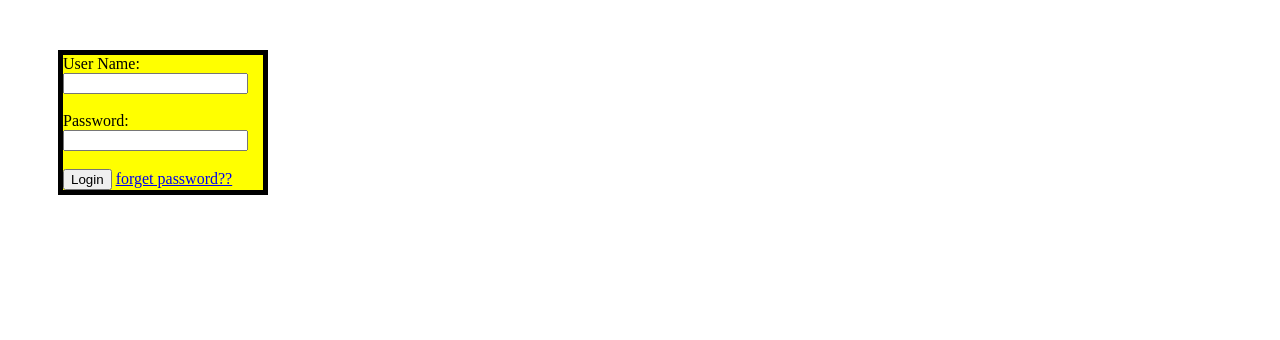
Repository: AmritOjha01/sms
Page: http://localhost/StudentManagementSystem/UserController?action=listUser
An editor plug-in stored every save of this project. The page is shown before and after the next save, followed by the edit.
The browser window is 1280 px wide. The pictures show the whole page.
The page is served by Tomcat 9. Other server files are loaded and not shown.

Above is the page before, as saved 2017-03-27 11:15:20.

### StudentManagementSystem/WebContent/login.jsp
<%@ page language="java" contentType="text/html; charset=ISO-8859-1"
	pageEncoding="ISO-8859-1"%>
<!DOCTYPE html PUBLIC "-//W3C//DTD HTML 4.01 Transitional//EN" "http://www.w3.org/TR/html4/loose.dtd">
<html>
<head>
<meta http-equiv="Content-Type" content="text/html; charset=ISO-8859-1">
<title>Insert title here</title>
<style type="text/css">
#f {
	background-color: yellow;
	width: 200px;
	border-width: 5px;
	border-style: solid;
	margin: 50px
}
</style>
</head>
<body>
	<form action="LoginController" method="post" id="f">
		User Name: <input type="text" name="uName"><br> <br>
		Password: <input type="password" name="pass"><br> <br>
		<input type="submit" value="Login"> <a
			href="LoginController?action=getpassword">forget password??</a>
	</form>
</body>
</html>

### StudentManagementSystem/src/com/krishna/sis/controller/UserController.java
package com.krishna.sis.controller;

import java.io.IOException;
import java.text.ParseException;
import java.text.SimpleDateFormat;
import java.util.Date;

import javax.servlet.RequestDispatcher;
import javax.servlet.ServletException;
import javax.servlet.annotation.WebServlet;
import javax.servlet.http.HttpServlet;
import javax.servlet.http.HttpServletRequest;
import javax.servlet.http.HttpServletResponse;
import javax.servlet.http.HttpSession;

import com.krishna.sis.dto.UserDTO;
import com.krishna.sis.service.UserService;
import com.krishna.sis.service.UserServiceImpl;
import com.krishna.sis.util.EmailUtility;

@WebServlet("/UserController")
public class UserController extends HttpServlet {
	private static final long serialVersionUID = 1L;
	private static String INSERT_OR_EDIT = "/userCreate.jsp";
	private static String LIST_USER = "/userList.jsp";
	private static String LOGIN = "/login.jsp";
	private static String PREVIOUS_PWD = "/previousUserPassword.jsp";

	private UserService userService;

	public UserController() {
		super();
		userService = new UserServiceImpl();
	}

	protected void doGet(HttpServletRequest request, HttpServletResponse response)
			throws ServletException, IOException {
		String forward = "";
		String name = "";
		HttpSession session = request.getSession(false);
		if (session != null)
			name = (String) session.getAttribute("uname");
		else
			name = null;
		if (name != null) {
			String action = request.getParameter("action");

			if (action.equalsIgnoreCase("delete")) {
				int userId = Integer.parseInt(request.getParameter("userid"));
				userService.deleteUser(userId);
				forward = LIST_USER;
				request.setAttribute("users", userService.getAllUsers());
			} else if (action.equalsIgnoreCase("edit")) {
				forward = INSERT_OR_EDIT;
				int userId = Integer.parseInt(request.getParameter("userid"));
				UserDTO user = userService.getUserById(userId);
				request.setAttribute("user", user);
			} else if (action.equalsIgnoreCase("listUser")) {
				forward = LIST_USER;
				request.setAttribute("users", userService.getAllUsers());
			} else if (action.equalsIgnoreCase("insert")) {
				forward = INSERT_OR_EDIT;
			} else {
				forward = PREVIOUS_PWD;

			}
		} else {
			forward = LOGIN;
		}
		RequestDispatcher view = request.getRequestDispatcher(forward);
		view.forward(request, response);
	}

	protected void doPost(HttpServletRequest request, HttpServletResponse response)
			throws ServletException, IOException {
		UserDTO userDTO = new UserDTO();
		userDTO.setFirstName(request.getParameter("firstName"));
		userDTO.setLastName(request.getParameter("lastName"));
		userDTO.setUsername(request.getParameter("username"));
		userDTO.setPassword(request.getParameter("password"));
		String dateOfBirth = request.getParameter("dob");
		try {
			Date dob = new SimpleDateFormat("yyyy-MM-dd").parse(dateOfBirth);
			userDTO.setDob(dob);
		} catch (ParseException e) {
			e.printStackTrace();
		}
		userDTO.setEmail(request.getParameter("email"));
		String userid = request.getParameter("userid");
		if (userid == null || userid.isEmpty()) {
			userService.saveUser(userDTO);
			EmailUtility.sendEmail(userDTO.getPassword());
		} else {
			userDTO.setUserId(Integer.parseInt(userid));
			userService.updateUser(userDTO);
		}

		RequestDispatcher view = request.getRequestDispatcher(LIST_USER);
		request.setAttribute("users", userService.getAllUsers());
		view.forward(request, response);
	}
}

### StudentManagementSystem/src/com/krishna/sis/service/UserServiceImpl.java
package com.krishna.sis.service;

import java.util.List;

import com.krishna.sis.dao.UserDao;
import com.krishna.sis.dao.UserDaoImpl;
import com.krishna.sis.dto.UserDTO;

public class UserServiceImpl implements UserService {

	UserDao userDao = new UserDaoImpl();

	@Override
	public boolean saveUser(UserDTO userDTO) {
		return userDao.saveUser(userDTO);
	}

	@Override
	public boolean updateUser(UserDTO userDTO) {
		return userDao.updateUser(userDTO);
	}

	@Override
	public List<UserDTO> getAllUsers() {
		return userDao.getAllUsers();
	}

	@Override
	public UserDTO getUserById(int userId) {
		return userDao.getUserById(userId);
	}

	@Override
	public void deleteUser(int userId) {
		userDao.deleteUser(userId);

	}

	@Override
	public UserDTO getUserByUserNameAndPassword(String username, String password) {
		return userDao.getUserByUserNameAndPassword(username, password);
	}

	@Override
	public UserDTO getPasswordByEmail(String email) {

		return userDao.getPasswordByEmail(email);
	}

	@Override
	public UserDTO getPasswordByPassword(String pwd) {

		return userDao.getPasswordByPassword(pwd);
	}

}

### StudentManagementSystem/src/com/krishna/sis/dao/UserDao.java
package com.krishna.sis.dao;

import java.util.List;

import com.krishna.sis.dto.UserDTO;

public interface UserDao {
	public boolean saveUser(UserDTO userDTO);

	public boolean updateUser(UserDTO userDTO);

	public List<UserDTO> getAllUsers();

	public UserDTO getUserById(int userId);

	public void deleteUser(int userId);

	public UserDTO getUserByUserNameAndPassword(String username, String password);

	public UserDTO getPasswordByEmail(String email);

	public UserDTO getPasswordByPassword(String pwd);
}

### StudentManagementSystem/src/com/krishna/sis/dao/UserDaoImpl.java
package com.krishna.sis.dao;

import java.sql.PreparedStatement;
import java.sql.ResultSet;
import java.util.ArrayList;
import java.util.List;

import com.krishna.sis.dto.UserDTO;
import com.krishna.sis.util.DbUtil;
import com.krishna.sis.util.QueryUtil;

public class UserDaoImpl implements UserDao {
	public boolean saveUser(UserDTO userDTO) {
		PreparedStatement ps = null;
		int savedUser = 0;
		try {
			ps = DbUtil.getConnection().prepareStatement(QueryUtil.CREATE_USER);
			// ps.setNull(1, java.sql.Types.INTEGER);
			ps.setString(1, userDTO.getFirstName());
			ps.setString(2, userDTO.getLastName());
			ps.setString(3, userDTO.getEmail());
			ps.setDate(4, new java.sql.Date(userDTO.getDob().getTime()));
			ps.setString(5, userDTO.getUsername());
			ps.setString(6, userDTO.getPassword());
			savedUser = ps.executeUpdate();

		} catch (Exception ex) {
			ex.printStackTrace();
		} finally {
			DbUtil.closeAll(ps);
		}
		if (savedUser >= 1) {
			return true;
		}
		return false;
	}

	public boolean updateUser(UserDTO userDTO) {
		PreparedStatement ps = null;
		int uUpdated = 0;
		try {
			ps = DbUtil.getConnection().prepareStatement(QueryUtil.UPDATE_USER);
			ps.setString(1, userDTO.getFirstName());
			ps.setString(2, userDTO.getLastName());
			ps.setString(3, userDTO.getEmail());
			ps.setDate(4, new java.sql.Date(userDTO.getDob().getTime()));
			ps.setString(5, userDTO.getPassword());
			ps.setInt(6, userDTO.getUserId());
			uUpdated = ps.executeUpdate();
		} catch (Exception ex) {
			ex.printStackTrace();
		} finally {
			DbUtil.closeAll(ps);
		}
		if (uUpdated >= 1) {
			return true;
		}
		return false;
	}

	public List<UserDTO> getAllUsers() {
		List<UserDTO> users = new ArrayList<UserDTO>();
		PreparedStatement ps = null;
		try {
			ps = DbUtil.getConnection().prepareStatement(QueryUtil.GET_ALL_USER);
			ResultSet rs = ps.executeQuery();
			while (rs.next()) {
				UserDTO userDTO = new UserDTO();
				userDTO.setUserId(rs.getInt("user_id"));
				userDTO.setFirstName(rs.getString("first_name"));
				userDTO.setLastName(rs.getString("last_name"));
				userDTO.setDob(rs.getDate("dob"));
				userDTO.setEmail(rs.getString("email"));
				userDTO.setUsername(rs.getString("username"));
				users.add(userDTO);
			}
		} catch (Exception ex) {
			ex.printStackTrace();
		} finally {
			DbUtil.closeAll(ps);
		}

		return users;
	}

	public UserDTO getUserById(int userId) {
		UserDTO user = new UserDTO();
		PreparedStatement ps = null;
		try {
			ps = DbUtil.getConnection().prepareStatement(QueryUtil.GET_USER_BY_ID);
			ps.setInt(1, userId);
			ResultSet rs = ps.executeQuery();
			if (rs.next()) {
				user.setUserId(rs.getInt("user_id"));
				user.setFirstName(rs.getString("first_name"));
				user.setLastName(rs.getString("last_name"));
				user.setDob(rs.getDate("dob"));
				user.setEmail(rs.getString("email"));
				user.setUsername(rs.getString("username"));
			}
		} catch (Exception ex) {
			ex.printStackTrace();
		} finally {
			DbUtil.closeAll(ps);
		}
		return user;
	}

	public void deleteUser(int userId) {
		PreparedStatement ps = null;
		try {
			ps = DbUtil.getConnection().prepareStatement(QueryUtil.DELETE_USER);
			ps.setInt(1, userId);
			ps.executeUpdate();

		} catch (Exception ex) {
			ex.printStackTrace();
		} finally {
			DbUtil.closeAll(ps);
		}
	}

	public UserDTO getUserByUserNameAndPassword(String username, String password) {
		UserDTO user = new UserDTO();
		PreparedStatement ps = null;
		try {
			ps = DbUtil.getConnection().prepareStatement(QueryUtil.GET_USER_BY_USERNAME_AND_PASSWORD);
			ps.setString(1, username);
			ps.setString(2, password);
			ResultSet rs = ps.executeQuery();
			if (rs.next()) {
				user.setUserId(rs.getInt("user_id"));
				user.setUsername(rs.getString("username"));
				user.setPassword(rs.getString("password"));
			}
		} catch (Exception ex) {
			ex.printStackTrace();
		} finally {
			DbUtil.closeAll(ps);
		}
		return user;
	}

	@Override
	public UserDTO getPasswordByEmail(String email) {
		UserDTO user = new UserDTO();
		PreparedStatement ps = null;
		try {
			ps = DbUtil.getConnection().prepareStatement(QueryUtil.GET_BY_EMAIL);
			ps.setString(1, email);
			ResultSet rs = ps.executeQuery();
			if (rs.next()) {
				user.setUserId(rs.getInt("user_id"));
				user.setFirstName(rs.getString("first_name"));
				user.setLastName(rs.getString("last_name"));
				user.setDob(rs.getDate("dob"));
				user.setEmail(rs.getString("email"));
				user.setUsername(rs.getString("username"));
				user.setPassword(rs.getString("password"));
			}
		} catch (Exception ex) {
			ex.printStackTrace();
		} finally {
			DbUtil.closeAll(ps);
		}
		return user;
	}

	@Override
	public UserDTO getPasswordByPassword(String pwd) {

		UserDTO user = new UserDTO();
		PreparedStatement ps = null;
		try {
			ps = DbUtil.getConnection().prepareStatement(QueryUtil.GET_PASSWORD_BY_PASSWORD);
			ps.setString(1, pwd);
			ResultSet rs = ps.executeQuery();
			if (rs.next()) {
				user.setUserId(rs.getInt("user_id"));
				user.setFirstName(rs.getString("first_name"));
				user.setLastName(rs.getString("last_name"));
				user.setDob(rs.getDate("dob"));
				user.setEmail(rs.getString("email"));
				user.setUsername(rs.getString("username"));
				user.setPassword(rs.getString("password"));
			}
		} catch (Exception ex) {
			ex.printStackTrace();
		} finally {
			DbUtil.closeAll(ps);
		}
		return user;
	}
}

After the next save:
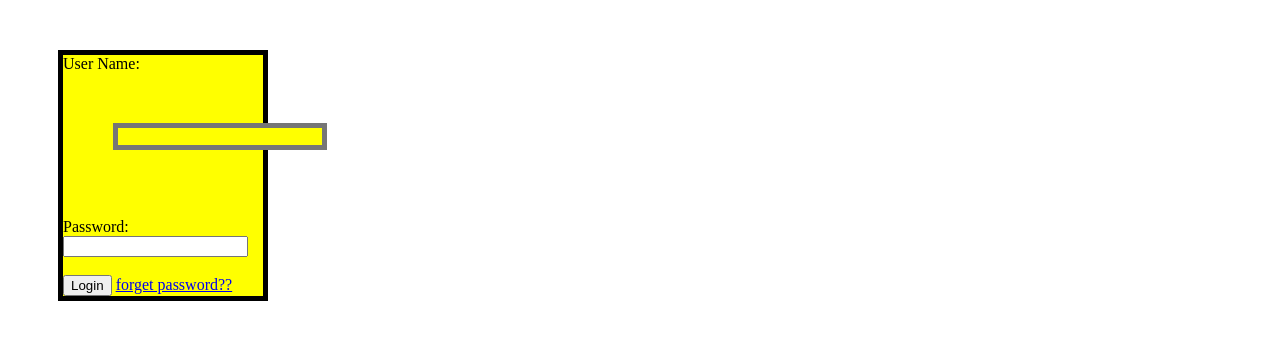
Saved 19 s later.
--- a/StudentManagementSystem/WebContent/login.jsp
+++ b/StudentManagementSystem/WebContent/login.jsp
@@ -17,7 +17,7 @@
 </head>
 <body>
 	<form action="LoginController" method="post" id="f">
-		User Name: <input type="text" name="uName"><br> <br>
+		User Name: <input type="text" name="uName" id="f"><br> <br>
 		Password: <input type="password" name="pass"><br> <br>
 		<input type="submit" value="Login"> <a
 			href="LoginController?action=getpassword">forget password??</a>
